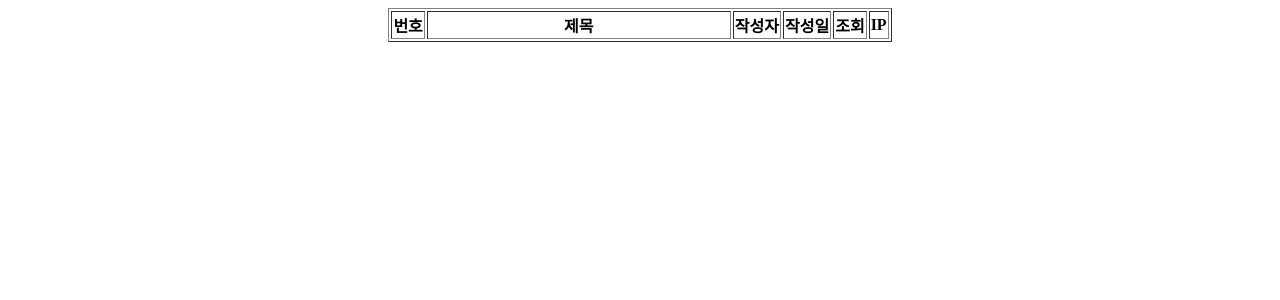
Repository: dlswn666/SpringStudy
Page: http://localhost/boardMVC/list.jsp
An editor plug-in stored every save of this project. The page is shown before and after the next save, followed by the edit.
The browser window is 1280 px wide. The pictures show the whole page.
The page is served by Tomcat 9. Nobody is signed in. The application's start-up code is not run. Other server files are loaded and not shown.

Above is the page before, as saved 2021-02-27 08:28:33.

### boardMVC/WebContent/list.jsp
<%@ page language="java" contentType="text/html; charset=UTF-8"
    pageEncoding="UTF-8"%>
<!DOCTYPE html>
<html>
<head>
<meta charset="UTF-8">
<title>글 목록</title>
</head>
<body>

	<div align="center">
	<form action="" method=""></form>
		<table border="1" color="white">
			<tr color="green">
				<th>번호</th>
				<th width="300px">제목</th>
				<th>작성자</th>
				<th>작성일</th>
				<th>조회</th>
				<th>IP</th>
			</tr>



		</table>
	</div>

</body>
</html>

After the next save:
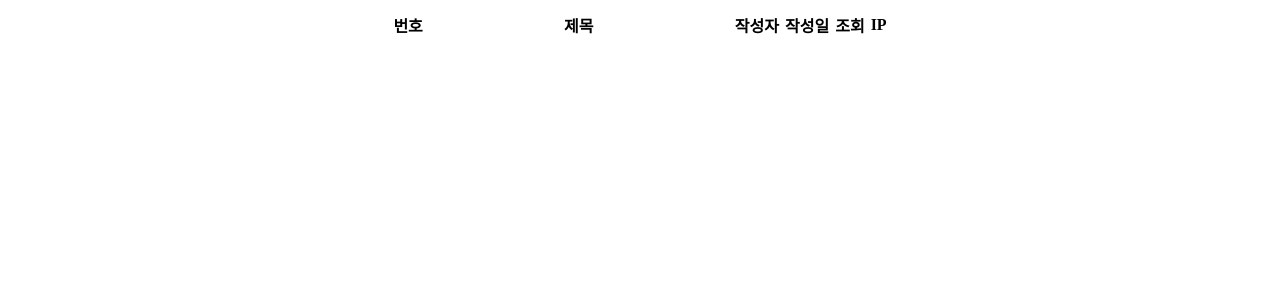
Saved 65 s later.
--- a/boardMVC/WebContent/list.jsp
+++ b/boardMVC/WebContent/list.jsp
@@ -10,8 +10,8 @@
 
 	<div align="center">
 	<form action="" method=""></form>
-		<table border="1" color="white">
-			<tr color="green">
+		<table border="1" bordercolor="white">
+			<tr>
 				<th>번호</th>
 				<th width="300px">제목</th>
 				<th>작성자</th>
